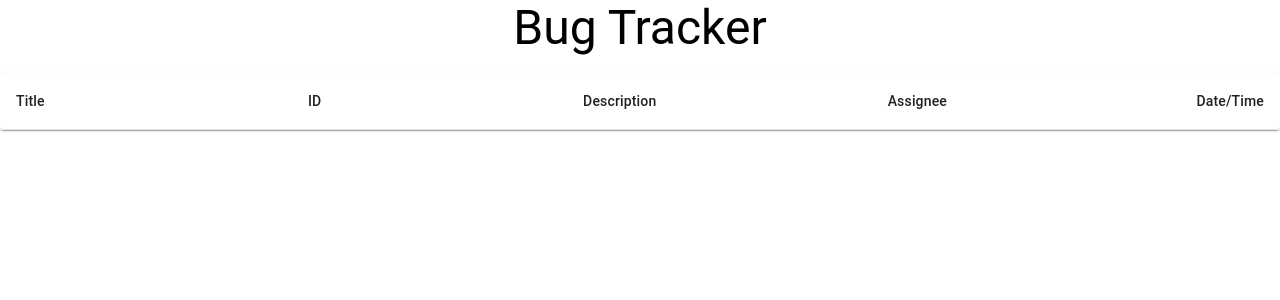
Repository: nj10deadend/RESTAPI-node-with-mongoDB
Page: /bug-table (app in client/frontend/)
These files come from the project's save history. The page is drawn as it stood at one moment and after a run of saves; the edit follows.
The browser window is 1280 px wide. The pictures show the whole page.
The page's requests for data from a server got no answer. The project was rebuilt for these pictures with package versions that can differ from the ones it lists, and the page was loaded fresh each time. No one was signed in, and anything a server would have sent is missing. Also part of the build but not shown: client/frontend/src/components/BugTableCell.js, client/frontend/src/components/Signup.js.

Above is the page before, as saved 2021-12-31 16:26:42.

### client/frontend/src/index.css
body {
  margin: 0;
  font-family: -apple-system, BlinkMacSystemFont, 'Segoe UI', 'Roboto', 'Oxygen',
    'Ubuntu', 'Cantarell', 'Fira Sans', 'Droid Sans', 'Helvetica Neue',
    sans-serif;
  -webkit-font-smoothing: antialiased;
  -moz-osx-font-smoothing: grayscale;
}

code {
  font-family: source-code-pro, Menlo, Monaco, Consolas, 'Courier New',
    monospace;
}

.signup {
  border-color: lightblue;
  /* border-style: outset; */
}

### client/frontend/src/App.js
import './App.css';
import { BrowserRouter } from 'react-router-dom';
import { Routes, Route } from 'react-router-dom';
import axios from 'axios';
import Signup from './components/Signup';
import BugTable from './components/BugTable';

function App() {
  return (
    <div className="App">
      <BrowserRouter>
        <Routes>
          <Route path="*" element={<Signup />} />
          <Route path="/bug-table" element={<BugTable />} />
        </Routes>
      </BrowserRouter>
    </div>
  );
}

export default App;

### client/frontend/src/components/BugTable.js
import Button from '@mui/material/Button';
import SendIcon from '@material-ui/icons/Send';
import TextField from '@mui/material/TextField';
import Typography from '@mui/material/Typography';
import Box from '@mui/material/Box';
import Table from '@mui/material/Table';
import TableBody from '@mui/material/TableBody';
import TableCell from '@mui/material/TableCell';
import TableContainer from '@mui/material/TableContainer';
import TableHead from '@mui/material/TableHead';
import TableRow from '@mui/material/TableRow';
import Paper from '@mui/material/Paper';
import axios from 'axios';
import {useState, useEffect} from 'react';
import BugTableCell from './BugTableCell';


function BugTable ({userFormData}) {

    const [user, setUser] = useState({});
    console.log(user);
    const [bugServer, setBugServer] = useState([]);
    const [clicked, setClicked] = useState(false);



    // function getFetchCurrentUser () {
    //     axios.get(`http://localhost:8080/users/${userFormData.name}`)
    //         .then(res => {
    //         console.log(res.data);
    //         setUser(res.data)
    //     })
    // }
    // getFetchCurrentUser();

    function getFetchAllBugs () {
        axios.get(`http://localhost:8080/bugs`)
        .then(res => {
            console.log(res.data);
            setBugServer(res.data)
        })
    }


    useEffect(getFetchAllBugs, []);


    const renderTableCells = bugServer.map(eachBug => {
        return (
            <BugTableCell key={eachBug._id} eachBug={eachBug} />
        )

    })

    const newBugBttnTxt = clicked ? "Hide Submission Form" : "Click to add a new bug"



    return (
        <div>
            {/* <p>Logged in as {user.name}</p> */}

            <Typography variant="h3" component="div" gutterBottom>Bug Tracker</Typography>

            <TableContainer component={Paper}>
                <Table sx={{ minWidth: 650 }} aria-label="simple table">
                    <TableHead>
                        <TableRow>
                            <TableCell>Title</TableCell>
                            <TableCell align="right">ID</TableCell>
                            <TableCell align="right">Description</TableCell>
                            <TableCell align="right">Assignee</TableCell>
                            <TableCell align="right">Date/Time</TableCell>
                        </TableRow>
                    </TableHead>

                    <TableBody>
                        {renderTableCells}

                    </TableBody>
                </Table>

            </TableContainer>


        </div>
    )
}

export default BugTable;

Loaded but not shown: client/frontend/public/index.html (common file); client/frontend/src/index.js (common file); client/frontend/src/reportWebVitals.js (common file); client/frontend/src/App.css (common file)

After the next 2 saves:
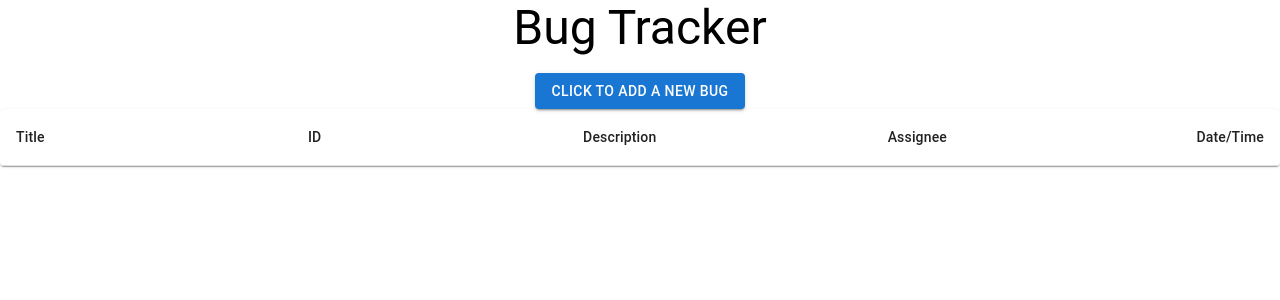
The 2 saves are shown as one change because 1 did not build or start.
The last was saved 114 s later.
--- a/client/frontend/src/components/BugTable.js
+++ b/client/frontend/src/components/BugTable.js
@@ -62,6 +62,8 @@ function BugTable ({userFormData}) {
 
             <Typography variant="h3" component="div" gutterBottom>Bug Tracker</Typography>
 
+            <Button onClick={()=> setClicked(!clicked)} variant="contained">{newBugBttnTxt}</Button>
+
             <TableContainer component={Paper}>
                 <Table sx={{ minWidth: 650 }} aria-label="simple table">
                     <TableHead>
